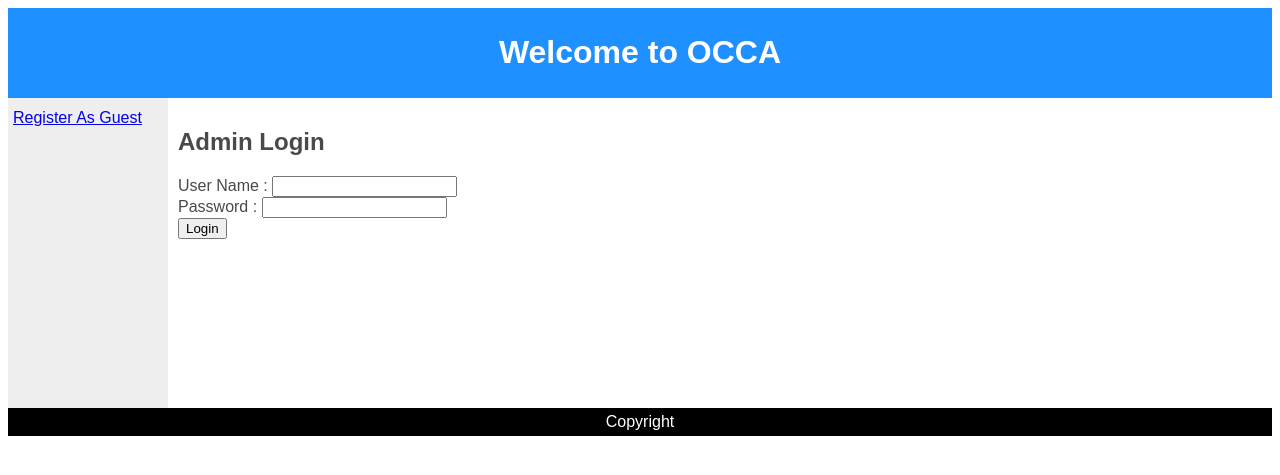
Repository: dreamxia329/TechExercise4830
Page: T3-0325-xia/T3-webProject-Xia/WebContent/login.html
The author's editor kept a copy of each file at every save. The page is drawn from the files as they stood at one save, then again after the next save.
The browser window is 1280 px wide. The pictures show the whole page.

Above is the page before, as saved 2022-03-31 16:46:11.

### T3-0325-xia/T3-webProject-Xia/WebContent/login.html
<html>
<head>
<style>

body {
  font-family: 'Poppins', sans-serif;
  color: #48494a;
}

header {
	background-color: DodgerBlue;
	color: white;
	text-align: center;
	padding: 5px;
}

nav {
	line-height: 30px;
	background-color: #eeeeee;
	height: 300px;
	width: 150px;
	float: left;
	padding: 5px;
}

section {
	width: 350px;
	float: left;
	padding: 10px;
}

footer {
	background-color: black;
	color: white;
	clear: both;
	text-align: center;
	padding: 5px;
}
</style>
</head>

<body>
	<header>
		<h1>Welcome to OCCA</h1>
	</header>

	<nav>
		<a href="/T3-webProject-Xia/register.html">Register As Guest</a> <br>
	</nav>

	<section>
		<h1>Admin Login</h1>

		<form action="UserLoginServlet" method="POST">
			User Name : <input type="text" name="userName"> <br />
			Password  : <input type="password" name="password"> <br />
			<input type="submit" value="Login" />
		</form>

	</section>

	<footer> Copyright </footer>
</body>
</html>

After the next save:
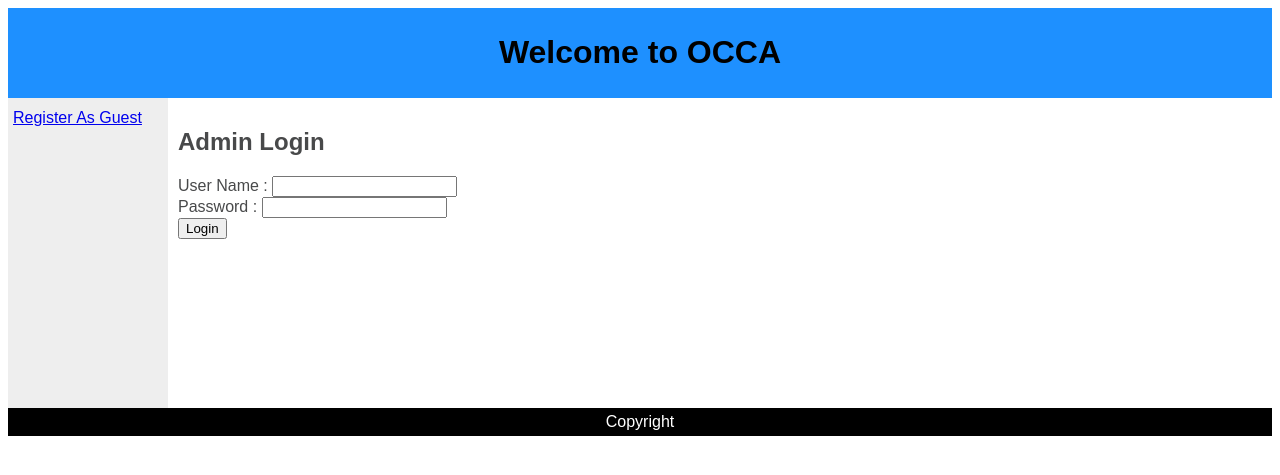
Saved 68 s later.
--- a/T3-0325-xia/T3-webProject-Xia/WebContent/login.html
+++ b/T3-0325-xia/T3-webProject-Xia/WebContent/login.html
@@ -9,7 +9,7 @@ body {
 
 header {
 	background-color: DodgerBlue;
-	color: white;
+	color: black;
 	text-align: center;
 	padding: 5px;
 }
